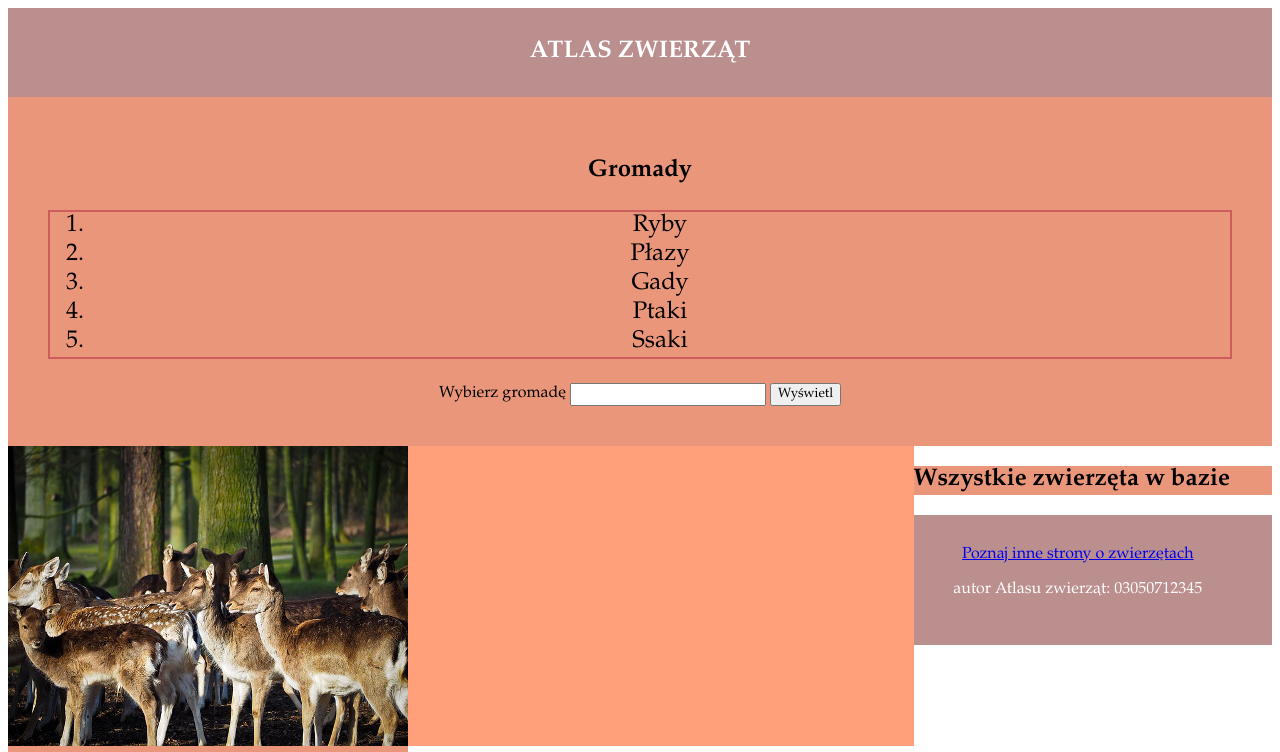
Repository: Lenerystia/HTML
Page: Zad.egz_3/index.html
An editor plug-in stored every save of this project. The page is shown before and after the next save, followed by the edit.
The browser window is 1280 px wide. The pictures show the whole page.

Above is the page before, as saved 2021-12-22 13:53:09.

### Zad.egz_3/index.html
<!DOCTYPE html>
<head>
    <meta http-equiv="content-type" type="text/html" charset="UTF-8">
    <title>Dane o zwierzętach</title>
    <link rel="stylesheet" href="styl3.css">
</head>
<body>
    <section class="baner">
        <h1>ATLAS ZWIERZĄT</h1>
    </section>
    <section class="formularz">
        <h2>Gromady</h2>
        <ol>
            <li>Ryby</li>
            <li>Płazy</li>
            <li>Gady</li>
            <li>Ptaki</li>
            <li>Ssaki</li>
        </ol>
        <form action="http://www.przykładowastrona.com" method="post">Wybierz gromadę
            <input type="number" name="Wybierz gromadę" id="gromada">
            <input type="submit" value="Wyświetl">
        </form>
    </section>
    <section class="glownyLewy">
        <img src="zwierzeta.jpg" alt="dzikie zwierzęta">
    </section>
    <section class="glownySrodkowy">

    </section>
    <section class="glownyPrawy">
        <h2>Wszystkie zwierzęta w bazie</h2>
    </section>
    <section class="stopka">
        <a href="atlas-zwierzat.pl" target="_blank">Poznaj inne strony o zwierzętach</a>
        <p>autor Atlasu zwierząt: 03050712345</p>
    </section>
</body>
</html>

### Zad.egz_3/styl3.css
*{
    font-family: Garamond;
}
.baner{
    background-color: rosybrown;
    color: white;
    text-align: center;
    padding: 10px;
}
.formularz{
    background-color: darksalmon;
    text-align: center;
    padding: 40px;
}
.glownyLewy, .glownyPrawy{
    background-color: darksalmon;
}
.glownyLewy{
    float: left;
}
.glownySrodkowy{
    background-color: lightsalmon;
    height: 300px;
    width: 40%;
    float: left;
}
.stopka{
    background-color: rosybrown;
    color: white;
    text-align: center;
    padding: 30px;
}
ol{
    border: 2px solid rgb(205, 92, 92);
    font-size: 150%;
}

After the next save:
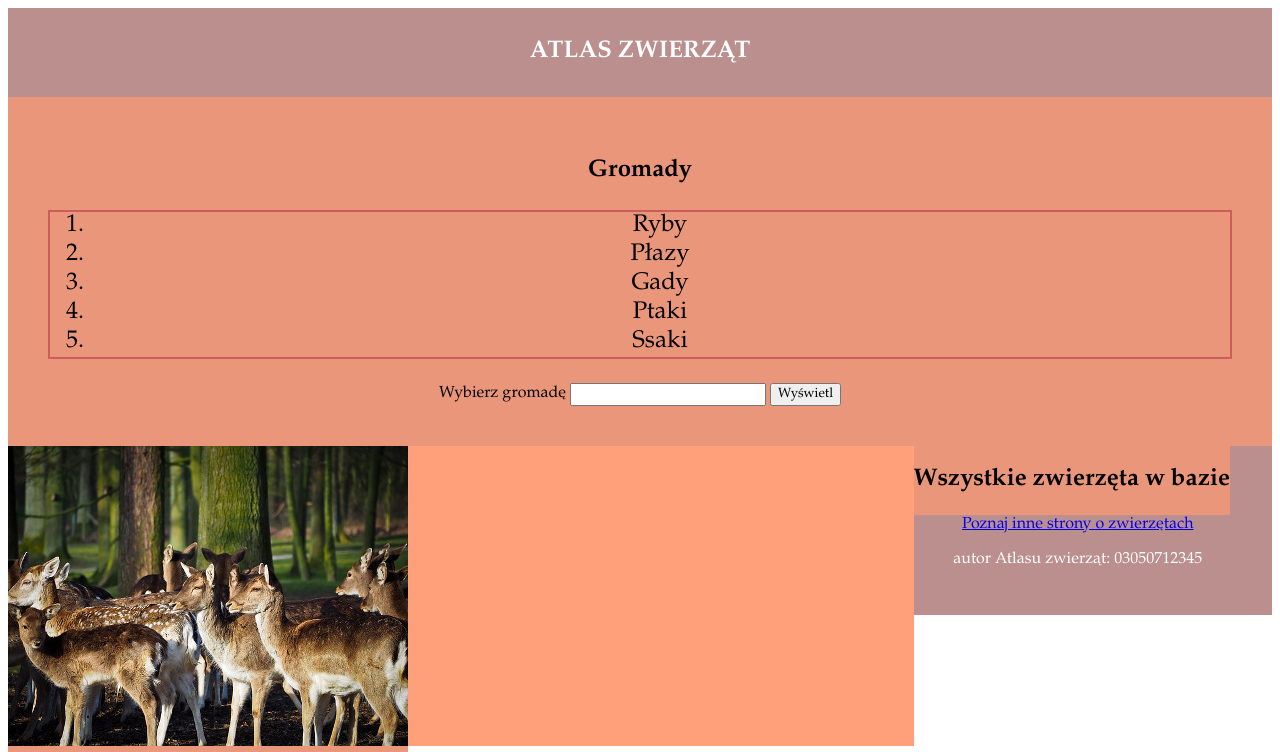
Saved 15 s later.
--- a/Zad.egz_3/styl3.css
+++ b/Zad.egz_3/styl3.css
@@ -24,6 +24,9 @@
     width: 40%;
     float: left;
 }
+.glownyPrawy{
+    float: left;
+}
 .stopka{
     background-color: rosybrown;
     color: white;
